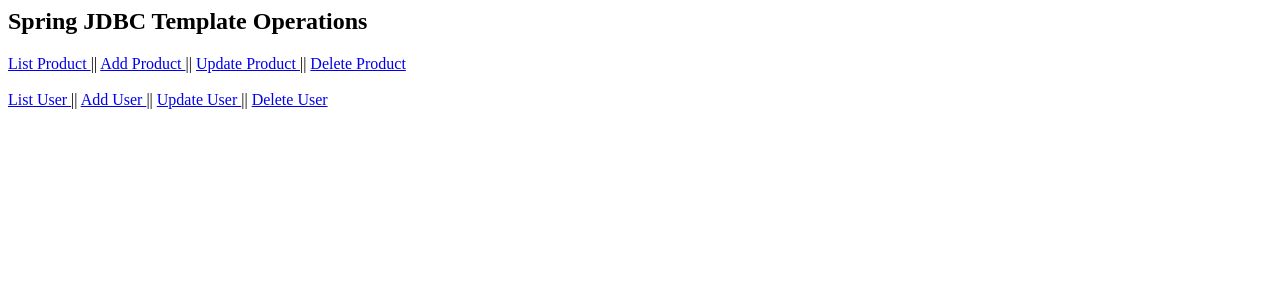
Repository: AnushkaSharma9/Make-an-E-commerce-Website-For-SportyShoes-sportyshoes
Page: http://localhost/phase3-Project-SportyShoes-Webappplication/index2.jsp
The author's editor kept a copy of each file at every save. The page is drawn from the files as they stood at one save, then again after the next save.
The browser window is 1280 px wide. The pictures show the whole page.
The page is served by Tomcat 9. Other server files are loaded and not shown.

Above is the page before, as saved 2021-10-25 10:49:01.

### phase3-Project-SportyShoes-Webappplication/src/main/webapp/index2.jsp
<html>
<body>
	<h2>Spring JDBC Template Operations</h2>
	<a href="list-products"> List Product </a> ||
	<a href="add-product"> Add Product </a>  ||
	<a href="update-product"> Update Product </a>||
   	<a href="delete-product"> Delete Product </a>

   	<br><br>
   	<a href="list-users"> List User </a> ||
	<a href="add-user"> Add User </a>  ||
	<a href="update-user"> Update User </a>||
   	<a href="delete-user"> Delete User </a>


	<br><br><br>
</body>
</html>

After the next save:
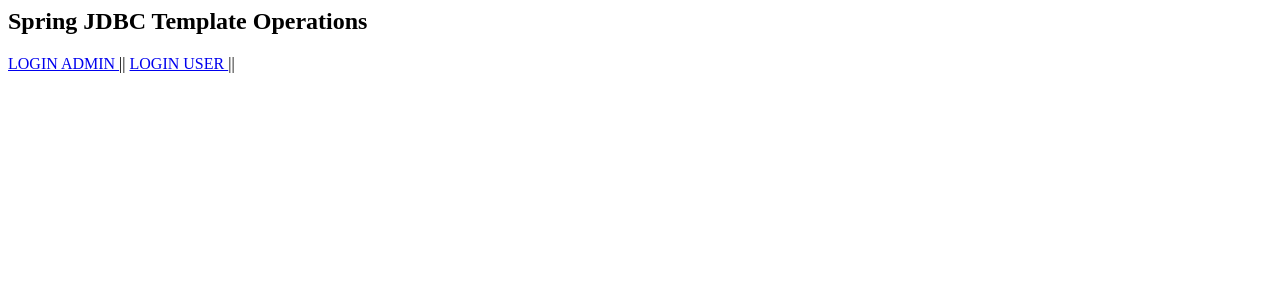
Saved 28 s later.
--- a/phase3-Project-SportyShoes-Webappplication/src/main/webapp/index2.jsp
+++ b/phase3-Project-SportyShoes-Webappplication/src/main/webapp/index2.jsp
@@ -1,16 +1,8 @@
 <html>
 <body>
 	<h2>Spring JDBC Template Operations</h2>
-	<a href="list-products"> List Product </a> ||
-	<a href="add-product"> Add Product </a>  ||
-	<a href="update-product"> Update Product </a>||
-   	<a href="delete-product"> Delete Product </a>
-
-   	<br><br>
-   	<a href="list-users"> List User </a> ||
-	<a href="add-user"> Add User </a>  ||
-	<a href="update-user"> Update User </a>||
-   	<a href="delete-user"> Delete User </a>
+	<a href="admin-login"> LOGIN ADMIN </a> ||
+	<a href="user-login"> LOGIN USER </a>  ||
 
 
 	<br><br><br>
